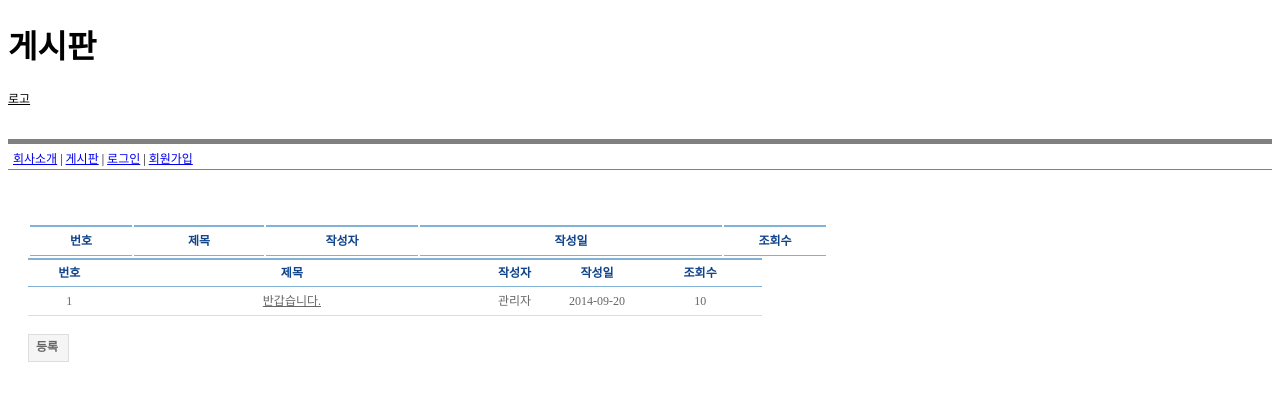
Repository: asaf0813/aisw
Page: http://localhost/model_edu/board/list.jsp
An editor plug-in stored every save of this project. The page is shown before and after the next save, followed by the edit.
The browser window is 1280 px wide. The pictures show the whole page.
The page is served by Tomcat 9. Queries for data that is not in the repository find no rows.

Above is the page before, as saved 2019-10-04 14:17:21.

After the next save:
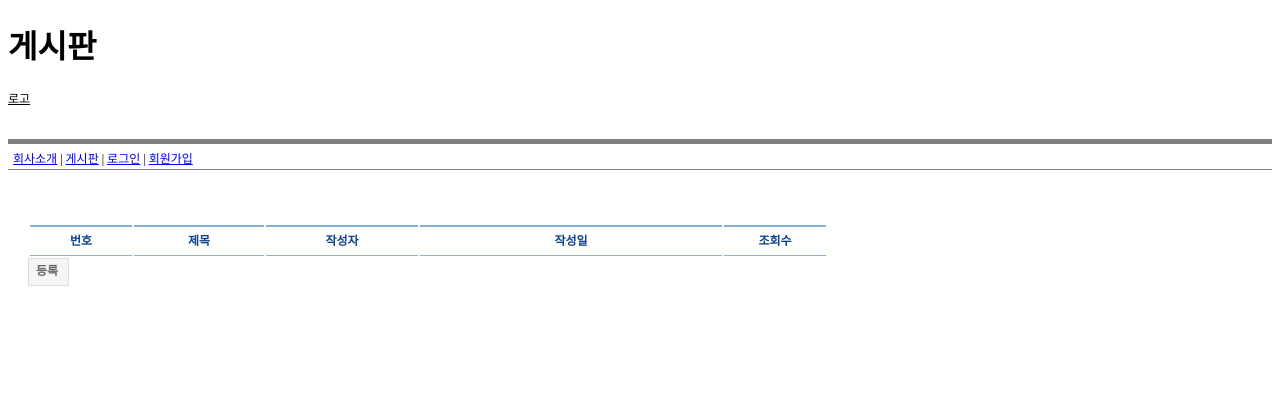
Saved 88 s later.
--- a/java/이클립스/workspace/model1_2/model_edu/WebContent/board/list.jsp
+++ b/java/이클립스/workspace/model1_2/model_edu/WebContent/board/list.jsp
@@ -69,35 +69,7 @@
 
 
 				</table>
-				<table summary="번호,게시판명,게시판유형,게시판속성,생성일,사용여부  목록입니다" cellpadding="0" cellspacing="0">
-					<colgroup>
-						<col width="10%" >
-						<col width="44%" >
-						<col width="10%" >
-						<col width="10%" >
-						<col width="15%" >
-						<col width="8%" >
-					</colgroup>
-					<thead>
-						<tr>
-							<th scope="col" class="f_field" nowrap="nowrap">번호</th>
-							<th scope="col" nowrap="nowrap">제목</th>
-							<th scope="col" nowrap="nowrap">작성자</th>
-							<th scope="col" nowrap="nowrap">작성일</th>
-							<th scope="col" nowrap="nowrap">조회수</th>
-						</tr>
-					</thead>
-					<tbody>
-						<tr>
-							<td nowrap="nowrap">1</td>
-							<td nowrap="nowrap"><a href="view.jsp">반갑습니다.</a></td>
-							<td nowrap="nowrap">관리자</td>
-							<td nowrap="nowrap">2014-09-20</td>
-							<td nowrap="nowrap">10</td>
-						</tr>
-					</tbody>
-				</table>
-				</br>
+
 				<div class="buttons">
 					<a href="./insert.jsp">등록</a>
 				</div>
